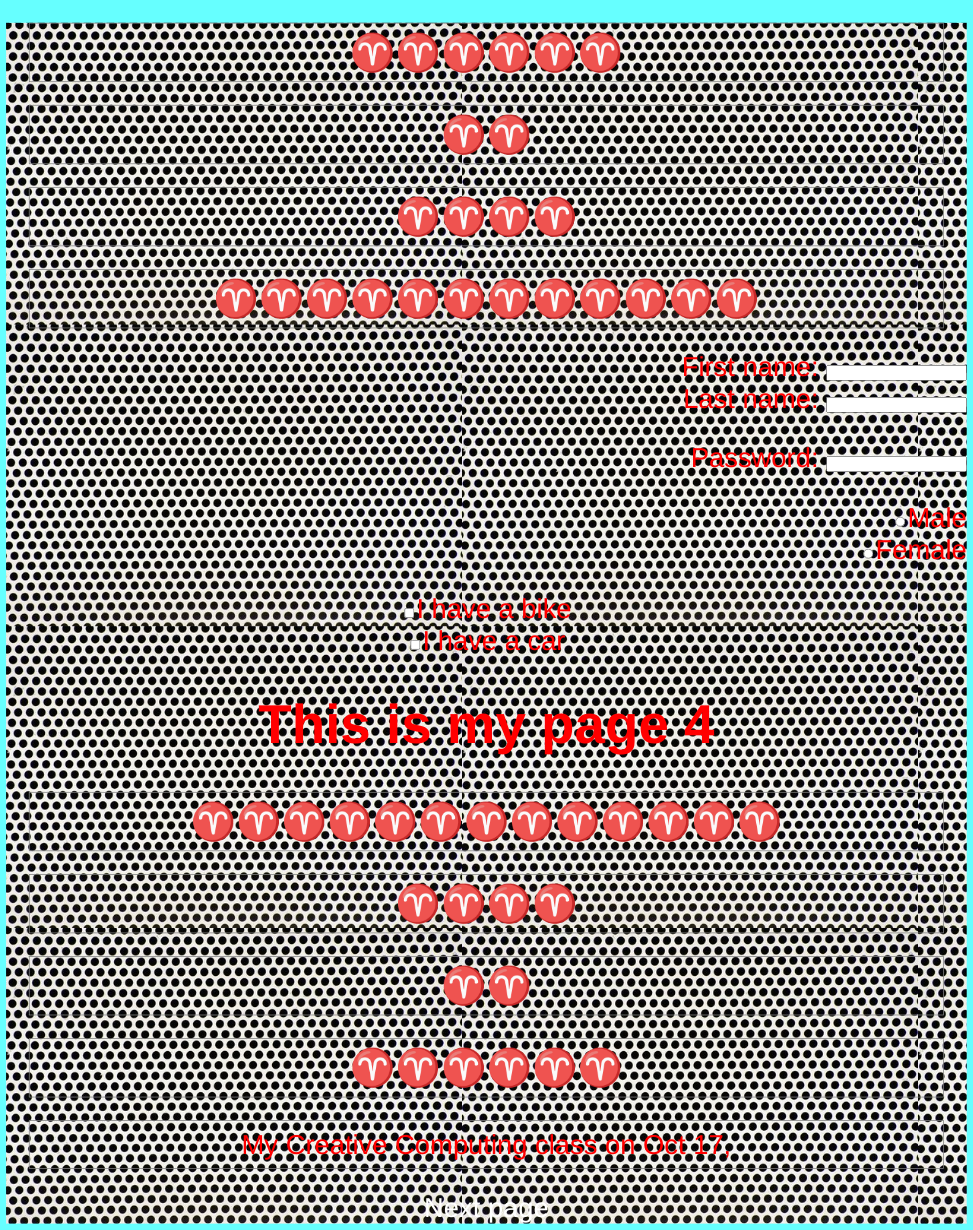
Repository: jangj879/jangj879.github.io
Page: 4_page.html
The author's editor kept a record of every edit. The page is drawn from the files as they stood at one moment, then again after the next edit.
The browser window is 1280 px wide. The pictures show the whole page, at 76% of full size.

Above is the page before.

After the next edit:
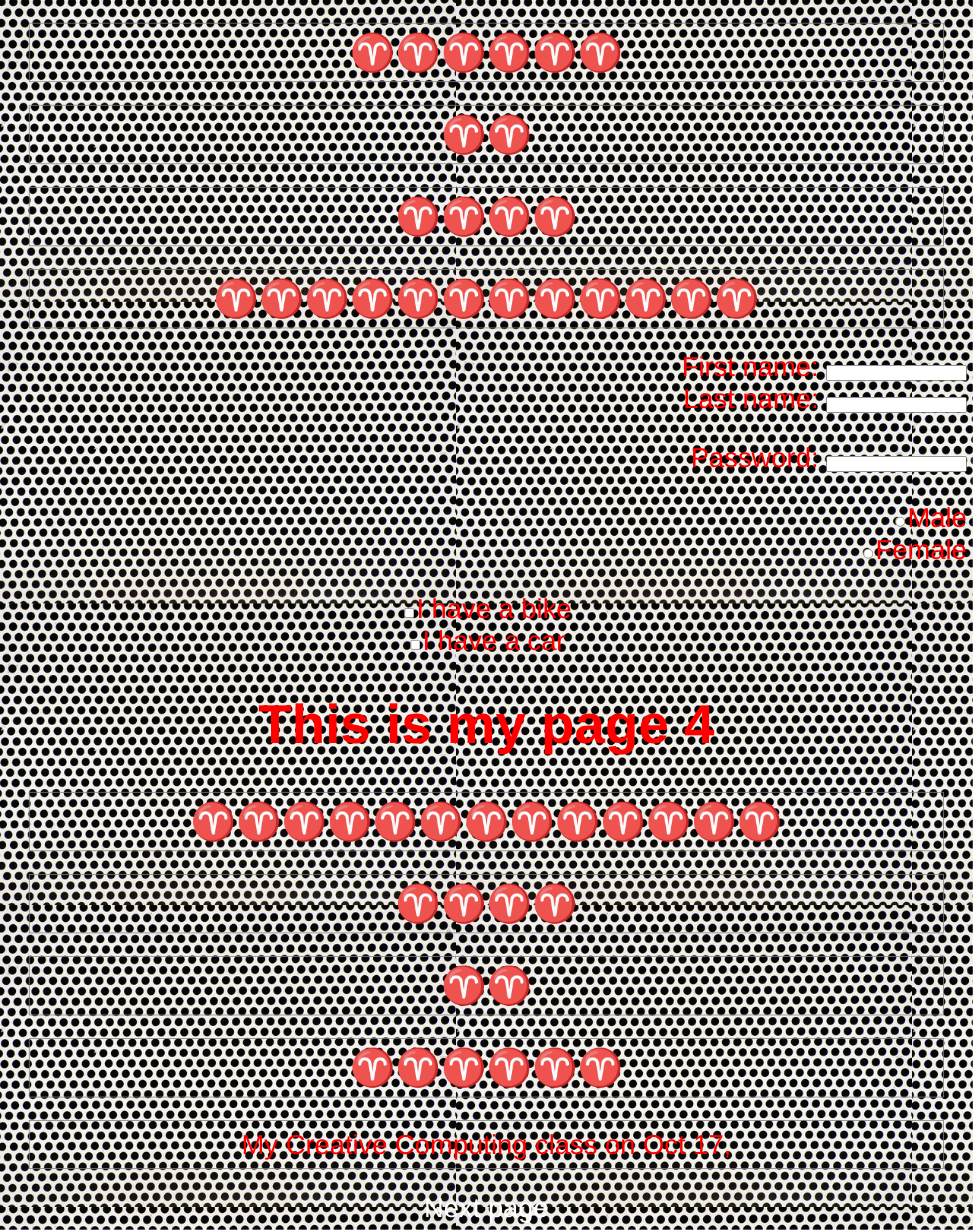
The edit:
--- a/4_page.html
+++ b/4_page.html
@@ -60,12 +60,6 @@
 
 
 
-    <style>
-		html {
-			margin: auto;
-			padding: 0;
-			background-color: #6FF;
-		}
 
 
 </html>
